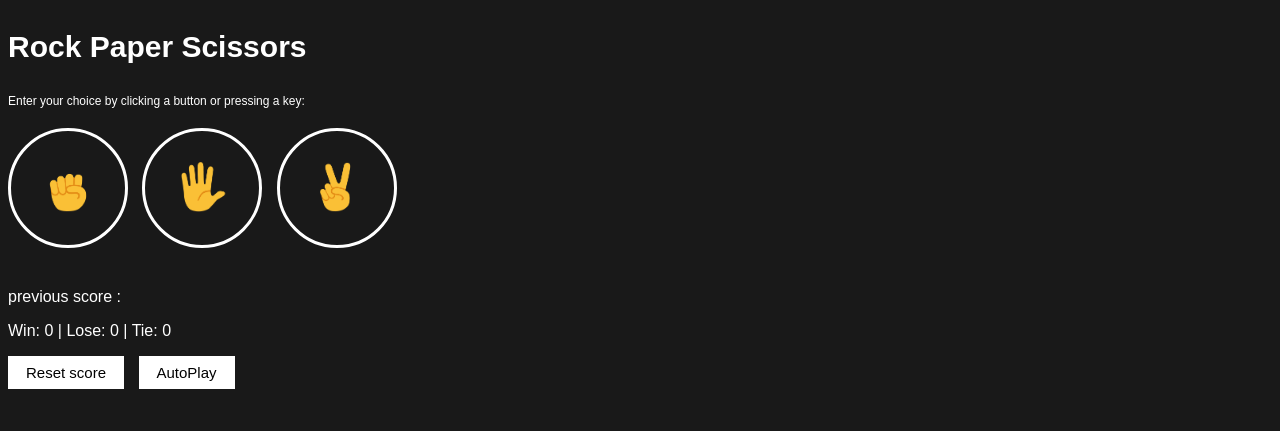
Repository: Gaurav124937/javascript
Page: html/08-rock-paper-scissors-evetlistner.html
These files come from the project's save history. The page is drawn as it stood at one moment and after the next save; the edit follows.
The browser window is 1280 px wide. The pictures show the whole page.

Above is the page before, as saved 2026-04-06 21:37:02.

After the next save:
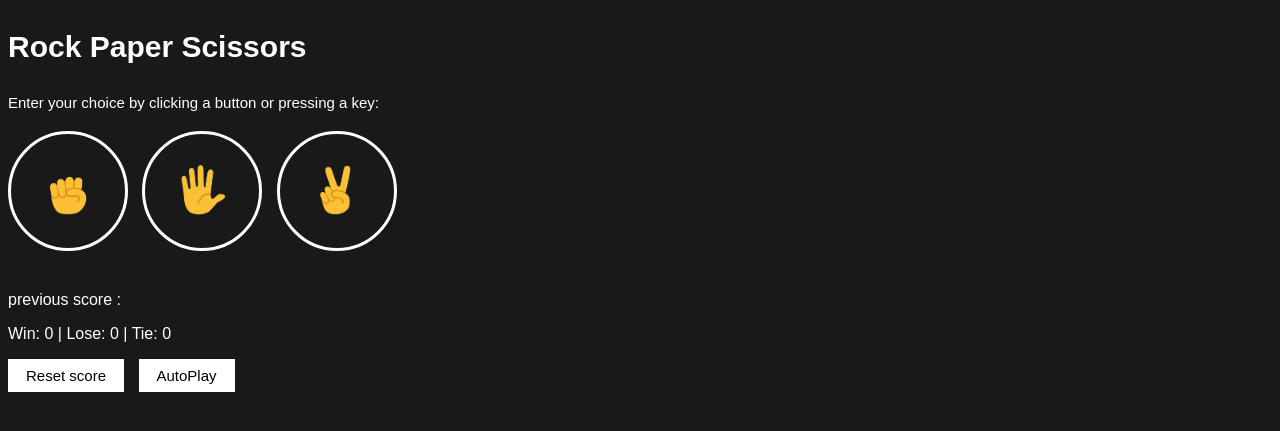
Saved 4 s later.
--- a/css/rock-paper-scisssor-autoplay.css
+++ b/css/rock-paper-scisssor-autoplay.css
@@ -60,6 +60,6 @@ body {
 }
 
 .instructions {
-    font-size: 12px;
+    font-size: 15px;
     margin-bottom: 20px;
 }
